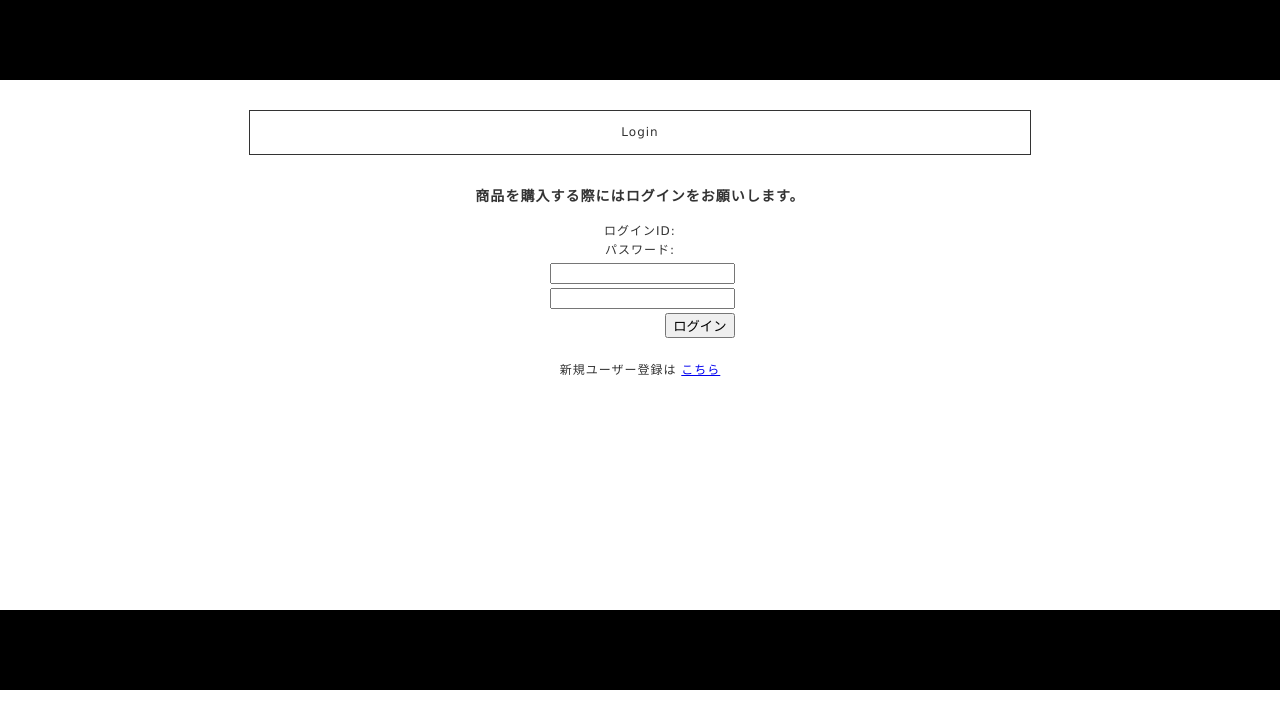
Repository: NoriakiYasumura/test01
Page: http://localhost/template/HomeAction.action
An editor plug-in stored every save of this project. The page is shown before and after the next save, followed by the edit.
The browser window is 1280 px wide. The pictures show the whole page.
The page is served by Tomcat 9. Other server files are loaded and not shown.

Above is the page before, as saved 2019-04-05 05:50:48.

### template/WebContent/login.jsp
<%@ page language="java" contentType="text/html; charset=UTF-8"
    pageEncoding="UTF-8"%>
<%@ taglib prefix="s" uri="/struts-tags" %>
<!DOCTYPE html>
<html>
	<head>
		<meta http-equiv="Content-Type" content="text/html; charset=UTF-8"/>
		<meta http-equiv="Content-Style-Type" content="text/css"/>
		<meta http-equiv="Content-Script-Type" content="text/javascript"/>
		<meta http-equiv="imagetoolbar" content="no"/>
		<meta name="description" content=""/>
		<meta name="keywords" content=""/>
		<title>Login画面</title>

		<style type="text/css">
			/* TAGLAYOUT */
			body{
				margin:0;
				padding:0;
				line-height:1.6;
				letter-spacing:1px;
				font-family:Verdana,Helvetica,sans-serif;
				font-size:12px;
				color:#333;
				background:#fff;
			}
			table{
				text-align:center;
				margin:0 auto;
			}

			/* IDLAYOUT */
			#top{
				width:780px;
				margin:30px auto;
				border:1px solid #333;
			}

			#header{
				width:100%;
				height:80px;
				background-color:black;
			}

			#main{
				width:100%;
				height:500px;
				text-align:center;
			}

			#footer{
				width:100%;
				height:80px;
				background-color:black;
				clear:both;
			}
		</style>
	</head>
	<body>
		<div id="header">
			<div id="pr"></div>
		</div>

		<div id="main">
			<div id="top">
				<p>Login</p>
			</div>

			<div>
				<h3>商品を購入する際にはログインをお願いします。</h3>
				<s:form action="LoginAction">
					<div id="block">ログインID:<s:textfield name="loginUserId"/></div>
					<div id="block">パスワード:<s:password name="loginPassword"/></div>
					<s:submit value="ログイン"/>
				</s:form>
				<br/>
				<div>
					<span>新規ユーザー登録は
						<a href='<s:url action="UserCreateAction"/>'>こちら</a>
					</span>
				</div>
			</div>
		</div>

		<div id="footer">
			<div id="pr"></div>
		</div>
	</body>
</html>

After the next save:
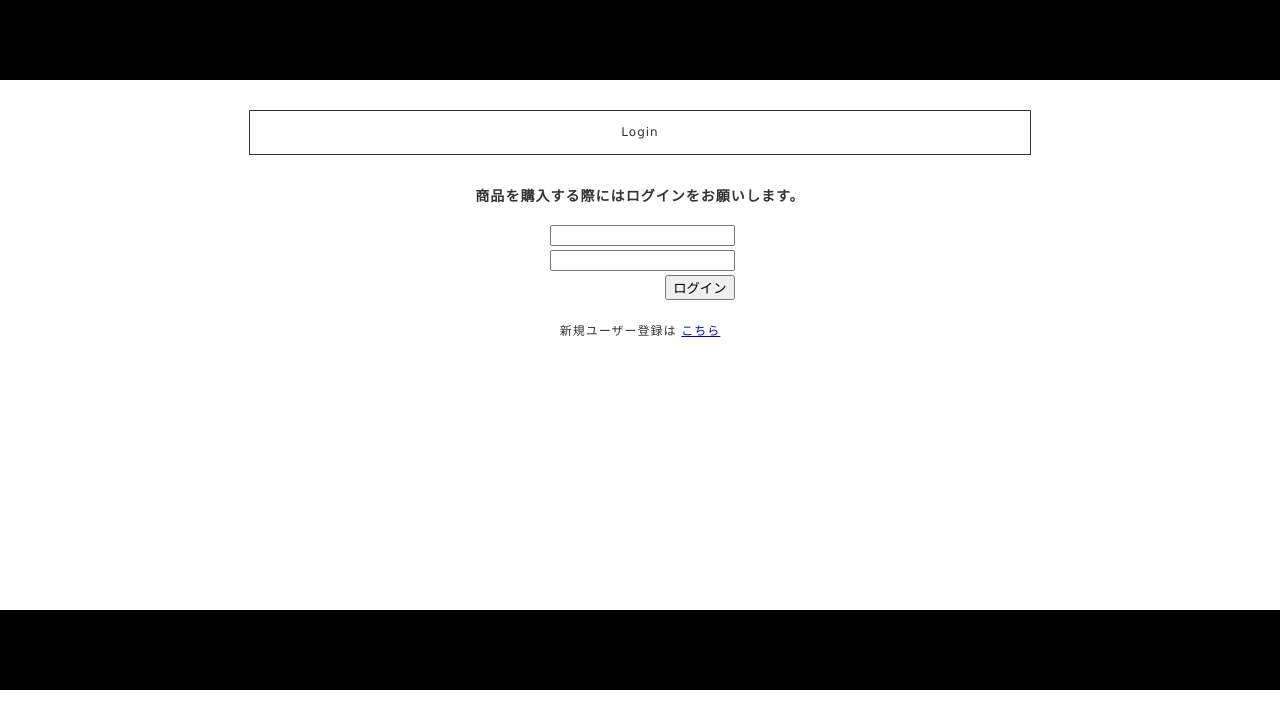
Saved 3 min 52 s later.
--- a/template/WebContent/login.jsp
+++ b/template/WebContent/login.jsp
@@ -69,8 +69,8 @@
 			<div>
 				<h3>商品を購入する際にはログインをお願いします。</h3>
 				<s:form action="LoginAction">
-					<div id="block">ログインID:<s:textfield name="loginUserId"/></div>
-					<div id="block">パスワード:<s:password name="loginPassword"/></div>
+					<s:textfield name="loginUserId"/>
+					<s:password name="loginPassword"/>
 					<s:submit value="ログイン"/>
 				</s:form>
 				<br/>

After the save that followed:
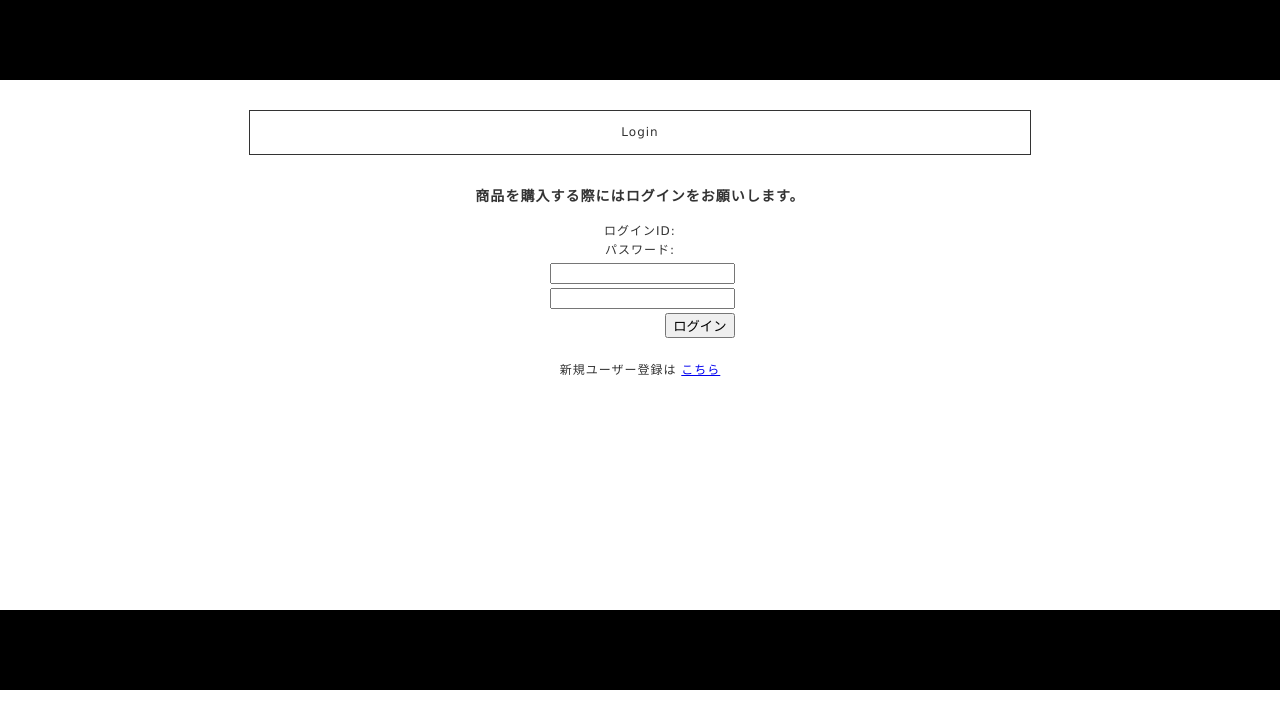
Saved 94 s later.
--- a/template/WebContent/login.jsp
+++ b/template/WebContent/login.jsp
@@ -69,8 +69,8 @@
 			<div>
 				<h3>商品を購入する際にはログインをお願いします。</h3>
 				<s:form action="LoginAction">
-					<s:textfield name="loginUserId"/>
-					<s:password name="loginPassword"/>
+					<div id="block">ログインID:<s:textfield name="loginUserId"/></div>
+					<div id="block">パスワード:<s:password name="loginPassword"/></div>
 					<s:submit value="ログイン"/>
 				</s:form>
 				<br/>
